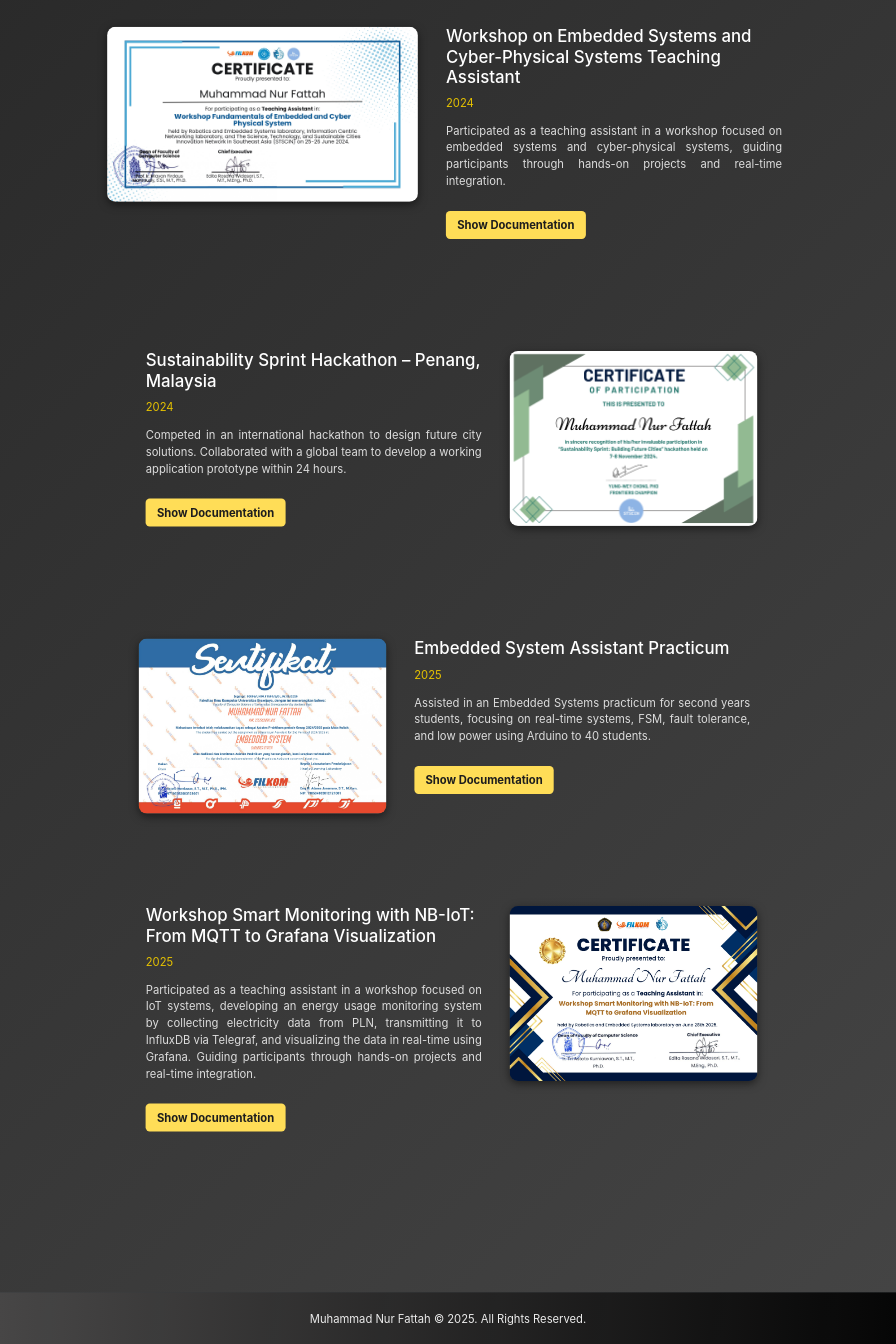
Repository: nurFattahh/Web-Portofolio
Page: /experience
The author's editor kept a copy of each file at every save. The page is drawn from the files as they stood at one save, then again after the next save.
The browser window is 1280 px wide. The pictures show the part of the page from y = 1806 to 3726 px (the page is 3726 px tall), at 70% of full size.
The project was rebuilt for these pictures with package versions that can differ from the ones it lists, and the page was loaded fresh each time. Also part of the build but not shown: vite.config.js, src/components/Home/Home.css, src/components/Home/Home.jsx, src/components/About/About.css, src/components/About/Skillset.css, src/components/About/About.jsx, src/components/Project/Project.css, src/data/Projects.js and 3 more.

Above is the page before, as saved 2025-12-22 15:00:20.

### index.html
<!DOCTYPE html>
<html lang="en">
  <head>
    <meta charset="UTF-8" />
    <meta name="viewport" content="width=device-width, initial-scale=1.0" />
    <link rel="icon" href="/logo2.png" type="image/x-icon">
    <title>My Portfolio</title>

    <link href="https://stackpath.bootstrapcdn.com/bootstrap/4.5.2/css/bootstrap.min.css" rel="stylesheet" />
    <link rel="stylesheet" href="https://cdnjs.cloudflare.com/ajax/libs/font-awesome/6.0.0-beta3/css/all.min.css" />

  </head>
  <body>
    <div id="root"></div>
    <script type="module" src="/src/main.jsx"></script>
    <script src="https://code.jquery.com/jquery-3.5.1.slim.min.js"></script>
    <script src="https://cdn.jsdelivr.net/npm/@popperjs/core@2.9.2/dist/umd/popper.min.js"></script>
    <script src="https://stackpath.bootstrapcdn.com/bootstrap/4.5.2/js/bootstrap.min.js"></script>
    <link href="https://stackpath.bootstrapcdn.com/bootstrap/4.5.2/css/bootstrap.min.css" rel="stylesheet" />
  </body>
</html>

### src/main.jsx
import React from 'react';
import ReactDOM from 'react-dom/client';
import App from './App';
import './assets/styles/style.css';

ReactDOM.createRoot(document.getElementById('root')).render(
  <React.StrictMode>
    <App />
  </React.StrictMode>
);

### src/App.jsx
import React from "react";
import { BrowserRouter as Router, Routes, Route, useLocation } from "react-router-dom";
import { AnimatePresence } from "framer-motion";

import Navbar from "./components/Navbar/Navbar";
import Footer from "./components/Footer/Footer";

import Home from "./components/Home/Home";
import About from "./components/About/About";
import Project from "./components/Project/Project";
import Organization from "./components/Organization/Organization";
import Experience from "./components/Experience/Experience";
import ProjectDetail from "./components/Project/ProjectDetails";

import MotionWrapper from "./components/Animations/MotionWrapper";

const AnimatedRoutes = () => {
  const location = useLocation();

  return (
    <AnimatePresence mode="wait">
      <Routes location={location} key={location.pathname}>
        <Route path="/" element={<MotionWrapper><Home /></MotionWrapper>} />
        <Route path="/about" element={<MotionWrapper><About /></MotionWrapper>} />
        <Route path="/experience" element={<MotionWrapper><Experience /></MotionWrapper>} />
        <Route path="/projects" element={<MotionWrapper><Project /></MotionWrapper>} />
        <Route path="/organization" element={<MotionWrapper><Organization /></MotionWrapper>} />
        <Route path="/projects/:id" element={<MotionWrapper><ProjectDetail /></MotionWrapper>} />
      </Routes>
    </AnimatePresence>
  );
};

const App = () => (
  <Router>
    <Navbar />
    <AnimatedRoutes />
    <Footer />
  </Router>
);

export default App;

### src/assets/styles/style.css
#root {
    background: linear-gradient(135deg, #1c1c1c, #444444);
}

body {
    font-family: 'Arial', sans-serif;
    margin: 0;
    padding: 0;

}

html {
    scroll-padding-top: 2rem; /* Gantikan 80px dengan tinggi navbar Anda */
    scroll-behavior: smooth;
}

### src/components/Navbar/Navbar.jsx
import React, { useEffect, useRef } from "react";
import { Link } from "react-router-dom";
import "./Navbar.css";

const Navbar = () => {
  const navbarRef = useRef(null);

  useEffect(() => {
    const links = document.querySelectorAll(".navbar-collapse .nav-link");
    const navbar = navbarRef.current;

    links.forEach((link) => {
      link.addEventListener("click", () => {
        if (navbar && navbar.classList.contains("show")) {
          new window.bootstrap.Collapse(navbar).hide(); // collapse on mobile
        }
      });
    });

    return () => {
      links.forEach((link) => {
        link.removeEventListener("click", () => {});
      });
    };
  }, []);

  return (
    <nav className="navbar navbar-expand-lg navbar-dark bg-dark sticky-top">
      <Link className="navbar-brand" to="/">
        My Portfolio
      </Link>
      <button
        className="navbar-toggler"
        type="button"
        data-toggle="collapse"
        data-target="#navbarNav"
        aria-controls="navbarNav"
        aria-expanded="false"
        aria-label="Toggle navigation"
      >
        <span className="navbar-toggler-icon"></span>
      </button>
      <div
        className="collapse navbar-collapse"
        id="navbarNav"
        ref={navbarRef}
      >
        <ul className="navbar-nav ml-auto">
          <li className="nav-item">
            <Link className="nav-link" to="/">Home</Link>
          </li>
          <li className="nav-item">
            <Link className="nav-link" to="/about">About</Link>
          </li>
          <li className="nav-item">
            <Link className="nav-link" to="/experience">Experience</Link>
          </li>
          <li className="nav-item">
            <Link className="nav-link" to="/projects">Project</Link>
          </li>
        </ul>
      </div>
    </nav>
  );
};

export default Navbar;

### src/components/Footer/Footer.jsx
import React from 'react';
import './Footer.css';

const Footer = () => (
  <footer className="footer-section bg-dark text-white py-4">
    <div className="container text-center">
      <p> Muhammad Nur Fattah &copy; 2025. All Rights Reserved.</p>
    </div>
  </footer>
);

export default Footer;

### src/components/Experience/Experience.jsx
import React, { useState } from "react";
import certifications from "../../data/Experience";
import "./Experience.css";

const Experience = () => {
  const [activeDocId, setActiveDocId] = useState(null);
  const [modalImg, setModalImg] = useState(null);

  const toggleDocs = (id) => {
    setActiveDocId(activeDocId === id ? null : id);
  };

  const openModal = (img) => setModalImg(img);
  const closeModal = () => setModalImg(null);

  return (
    <section id="experience" className="experience-section">
      <div className="experience-container">
        <h2 className="experience-title"> <span className="certifications-text">Certifications</span> & Achievements</h2>
        {certifications.map((cert, index) => (
          <div
            key={cert.id}
            className={`experience-row ${index % 2 === 0 ? "row-left" : "row-right"}`}
          >
            <div className="experience-img">
              <img src={cert.image} alt={cert.title} />
            </div>
            <div className="experience-content">
              <h3>{cert.title}</h3>
              <p className="experience-date">{cert.date}</p>
              <p>{cert.description}</p>

              {cert.docs && cert.docs.length > 0 && (
                <>
                  <button onClick={() => toggleDocs(cert.id)} className="doc-button">
                    {activeDocId === cert.id ? "Hide Documentation" : "Show Documentation"}
                  </button>
                  <div
                    className="doc-gallery-wrapper"
                    style={{ minHeight: "80px" }} // Prevents layout shift
                  >
                    {activeDocId === cert.id && (
                      <div className="doc-gallery">
                        {cert.docs.map((img, i) => (
                          <img
                            key={i}
                            src={img}
                            alt={`doc-${i}`}
                            className="doc-img"
                            onClick={() => openModal(img)}
                          />
                        ))}
                      </div>
                    )}
                  </div>
                </>
              )}
            </div>
          </div>
        ))}
      </div>

      {modalImg && (
        <div className="image-modal" onClick={closeModal}>
          <div className="modal-content-img" onClick={(e) => e.stopPropagation()}>
            <img src={modalImg} alt="Preview" />
            <button className="close-modal" onClick={closeModal}>×</button>
          </div>
        </div>
      )}
    </section>
  );
};

export default Experience;

### src/components/Animations/MotionWrapper.jsx
// src/components/Animations/MotionWrapper.jsx
import React from "react";
import { motion } from "framer-motion";

const MotionWrapper = ({ children }) => {
  return (
    <motion.div
      initial={{ opacity: 0, y: 20 }}
      animate={{ opacity: 1, y: 0 }}
      exit={{ opacity: 0, y: -20 }}
      transition={{ duration: 0.5 }}
    >
      {children}
    </motion.div>
  );
};

export default MotionWrapper;

### src/components/Navbar/Navbar.css
.navbar {
    z-index: 1000;
}

.navbar .navbar-brand {
    margin-left: 170px;
}

.navbar-nav {
    margin-right: 170px;
}

.navbar {
    background: linear-gradient(135deg, #444444, #1c1c1c);
    opacity: 0.9;
    padding: 1rem 2rem;
    box-shadow: 0 4px 6px rgba(0, 0, 0, 0.1);
    transition: all 0.3s ease-in-out;
}

.navbar a {
    color: rgb(0, 0, 0);
    font-weight: bold;
    text-transform: uppercase;
    padding: 0.5rem 1rem;
    transition: color 0.3s ease;
}

.navbar a:hover {
    color: #ffdd57;
    text-shadow: 0px 0px 10px rgba(255, 255, 255, 0.7);
}

.navbar-nav .nav-link {
    position: relative;
    padding: 0.5rem 1rem;
    transition: color 0.3s ease-in-out;
}

.navbar-nav .nav-link:before {
    content: '';
    position: absolute;
    width: 100%;
    height: 2px;
    bottom: 0;
    left: 0;
    background-color: #ffdd57;
    visibility: hidden;
    transform: scaleX(0);
    transition: all 0.3s ease-in-out;
}

.navbar-nav .nav-link:hover:before {
    visibility: visible;
    transform: scaleX(1);
}


/* Efek Hover untuk Gambar Carousel */
@media (max-width: 1200px) {
    .navbar .navbar-brand {
        margin-left: 0;
    }

    .navbar-nav {
        margin-right: 0;
    }
}

### src/components/Footer/Footer.css
/* Footer Styles */
.footer-section {
  background: linear-gradient(90deg, rgb(73, 72, 72) 0%, rgb(0, 0, 0) 100%);
  opacity: 0.9;
    padding: 1rem 2rem;
    box-shadow: 0 4px 6px rgba(0, 0, 0, 0.1);
    transition: all 0.3s ease-in-out;        /* Teks di tengah */
  }

  .footer-section a {
    color: #ffc107;             /* Warna kuning untuk tautan */
    text-decoration: none;      /* Hilangkan garis bawah pada tautan */
  }

  .footer-section a:hover {
    text-decoration: underline; /* Menambahkan garis bawah saat hover */
  }

  .footer-section .container {
    max-width: 960px;            /* Lebar maksimum untuk konten footer */
    margin: 0 auto;              /* Centang konten */
  }

  .footer-section p {
    margin: 1px 0;              /* Margin antar paragraf */
  }

  .footer-section .text-white {
    color: #fff;                /* Memastikan teks tetap putih */
  }

### src/components/About/Skillset.jsx
import React from "react";
import "./Skillset.css";
import { FaCuttlefish, FaMicrochip, FaNetworkWired, FaPython, FaRobot, FaServer, FaDatabase, FaGithub } from "react-icons/fa";
import { SiPostgresql,SiTerraform , SiAnsible  } from "react-icons/si";
import { FaGolang } from "react-icons/fa6";

const skills = [
  { name: "C++", icon: <FaCuttlefish className="skill-icon" /> },
  { name: "Embedded System", icon: <FaMicrochip className="skill-icon" /> },
  { name: "MQTT", icon: <FaNetworkWired className="skill-icon" /> },
  { name: "Python", icon: <FaPython className="skill-icon" /> },
  { name: "AI / ML", icon: <FaRobot className="skill-icon" /> },
  { name: "Go", icon: <FaGolang className="skill-icon" /> },
  { name: "Backend", icon: <FaServer className="skill-icon" /> },
  { name: "PostgreSQL", icon: <SiPostgresql className="skill-icon" /> },
  { name: "GitHub", icon: <FaGithub className="skill-icon" /> },
  { name: "Terraform", icon: <SiTerraform className="skill-icon" /> },
  { name: "Ansible", icon: <SiAnsible className="skill-icon" /> },
];

const Skillset = () => {
  return (
    <div className="skillset-section">
      <h3 className="skillset-title">Professional Skillset</h3>
      <div className="skillset-grid">
        {skills.map((skill, index) => (
          <div className="skill-box" key={index}>
            {skill.icon}
            <span>{skill.name}</span>
          </div>
        ))}
      </div>
    </div>
  );
};

export default Skillset;

### src/data/Experience.js
import { certs, docs } from "./ImageImport.js";

const certifications = [
  {
    id: 1,
    image: certs.cert1,
    title: "Basic Programming Assistant Practicum",
    description:
      "Served as a teaching assistant for the Basic Programming Practicum, guiding a class of 40 students in C++ fundamentals, including syntax, control structures, and basic algorithms.",
    date: "2023",
    docs: ["Experiences/Docs/docs11.jpg"]
  },
  {
    id: 2,
    image: certs.cert2,
    title: "Digital System Assistant Practicum",
    description:
      "Assisted in teaching digital system fundamentals to 40 students, covering logic gates, flip-flops, multiplexers, arithmetic circuits, and circuit simulation using Multisim.",
    date: "2023",
    docs: ["Experiences/Docs/docs11.jpg"]
  },
  {
    id: 3,
    image: certs.cert3,
    title: "Data Structure and Algorithm Assistant Practicum",
    description:
      "Helped deliver practical sessions on data structures and algorithms, including stacks, queues, linked lists, and trees, to a class of 40 students.",
    date: "2024",
    docs: [docs.docs1, docs.docs2,]
  },
  {
    id: 4,
    image: certs.cert4,
    title: "Microprocessor and Microcontroller Assistant Practicum",
    description:
      "Assisted in microcontroller and microprocessor practicals, teaching I/O operations, timers, interrupts, and communication protocols to 40 students.",
    date: "2024",
    docs: [docs.docs3, docs.docs4]
  },
  {
    id: 5,
    image: certs.cert5,
    title:
      "Workshop on Embedded Systems and Cyber-Physical Systems Teaching Assistant",
    description:
      "Participated as a teaching assistant in a workshop focused on embedded systems and cyber-physical systems, guiding participants through hands-on projects and real-time integration.",
    date: "2024",
    docs: [docs.docs5]
  },
  {
    id: 6,
    image: certs.cert6,
    title: "Sustainability Sprint Hackathon – Penang, Malaysia",
    description:
      "Competed in an international hackathon to design future city solutions. Collaborated with a global team to develop a working application prototype within 24 hours.",
    date: "2024",
    docs: [docs.docs6, docs.docs7]
  },
  {
    id: 7,
    image: certs.cert7,
    title: "Embedded System Assistant Practicum",
    description:
      "Assisted in an Embedded Systems practicum for second years students, focusing on real-time systems, FSM, fault tolerance, and low power using Arduino to 40 students.",
    date: "2025",
    docs: [docs.docs8, docs.docs9]
  },
  {
    id: 8,
    image: certs.cert8,
    title: "Workshop Smart Monitoring with NB-IoT: From MQTT to Grafana Visualization",
    description:
      "Participated as a teaching assistant in a workshop focused on IoT systems, developing an energy usage monitoring system by collecting electricity data from PLN, transmitting it to InfluxDB via Telegraf, and visualizing the data in real-time using Grafana. Guiding participants through hands-on projects and real-time integration.",
    date: "2025",
    docs: [docs.docs10, docs.docs11]
  }
];

export default certifications;

### src/components/Experience/Experience.css
.experience-section {
  padding: 70px 20px;
  background: linear-gradient(135deg, #1c1c1c, #444444);
  color: #fff;
}

.experience-container {
  max-width: 1200px;
  margin: 0 auto;
  padding: 0 15px; /* Biar aman dari overflow kiri-kanan */
  box-sizing: border-box;
  animation: fadeIn 1.5s ease-in-out;
}

.certifications-text {
  color: white;
}

.experience-title {
  text-align: center;
  font-size: 36px;
  margin-bottom: 60px;
  color: #ffdd57;
  text-shadow: 0 3px 10px rgba(0, 0, 0, 0.4);
  font-family:'Franklin Gothic Medium', 'Arial Narrow', Arial, sans-serif;
}

/* Grid-like layout */
.experience-row {
  display: flex;
  flex-wrap: wrap;
  align-items: flex-start;
  justify-content: center;
  margin-bottom: 60px;
  gap: 30px;
}

.experience-img img {
  width: auto;
  border-radius: 12px;
  box-shadow: 0 4px 12px rgba(0, 0, 0, 0.5);
  height: 250px;
  object-fit: cover;
}

.experience-content {
  flex: 1;
  min-width: 280px;
  max-width: 500px;
  padding: 0 10px;
}

.experience-content h3 {
  font-size: 24px;
  margin-bottom: 10px;
}

.experience-content p {
  font-size: 16px;
  color: #ddd;
  text-align: justify;
}

/* Alternate layout */
.row-left .experience-img {
  order: 1;
}
.row-left .experience-content {
  order: 2;
}
.row-right .experience-img {
  order: 2;
}
.row-right .experience-content {
  order: 1;
}

/* Button */
.doc-button {
  margin-top: 15px;
  padding: 8px 16px;
  background-color: #ffdd57;
  color: #1d1d1d;
  border: none;
  border-radius: 6px;
  font-weight: bold;
  cursor: pointer;
  transition: background 0.3s;
}
.doc-button:hover {
  background-color: #e6c200;
}

/* Documentation Gallery */
.doc-gallery-wrapper {
  margin-top: 20px;
  padding: 10px 0;
}

.doc-gallery {
  margin-top: 15px;
  display: flex;
  flex-wrap: wrap;
  justify-content: flex-start;
  gap: 10px;
}

.doc-img {
  width: 120px;
  height: auto;
  border-radius: 8px;
  box-shadow: 0 2px 6px rgba(0, 0, 0, 0.3);
  cursor: pointer;
  transition: transform 0.3s ease;
}
.doc-img:hover {
  transform: scale(1.05);
}

p.experience-date {
  color: #e6c200;
}

/* Modal Image Preview */
.image-modal {
  position: fixed;
  top: 0;
  left: 0;
  width: 100vw;
  height: 100vh;
  background: rgba(0, 0, 0, 0.8);
  display: flex;
  justify-content: center;
  align-items: center;
  z-index: 9999;
  padding: 20px;
  box-sizing: border-box;
}

.modal-content-img {
  position: relative;
  max-width: 100%;
  max-height: 90vh;
}

.modal-content-img img {
  width: 800px;
  height: auto;
  border-radius: 8px;
  box-shadow: 0 4px 10px rgba(0, 0, 0, 0.6);
}

.close-modal {
  position: absolute;
  top: -10px;
  right: -10px;
  font-size: 28px;
  background: #fff;
  border: none;
  border-radius: 50%;
  cursor: pointer;
  padding: 4px 10px;
  box-shadow: 0 2px 6px rgba(0, 0, 0, 0.5);
}

/* Responsive */
@media (max-width: 768px) {
  .experience-row {
    flex-direction: column;
    text-align: center;
  }

  .experience-img {
    order: 1 !important;
  }

  .experience-img img {
    width: 100%;
    height: auto;

    margin: 0 auto;
    display: block;
  }

  .experience-content {
    padding: 0 10px;
  }

  p.experience-date {
    font-size: 14px;
    margin-bottom: 10px;
    text-align: center;
    color: #e6c200;
  }

  .experience-content {
    order: 2 !important;
    max-width: 100%;
  }

  .doc-gallery {
    justify-content: center;
  }

  .doc-img {
    width: 100px;
  }

  .modal-content-img img {
    width: 90vw;
  }
}

### src/components/Project/ProjectDetails.css
.project-detail-section {
    padding: 80px 20px;
    background: linear-gradient(135deg, #1a1a1a, #2b2b2b);
    color: #f1f1f1;
    font-family: 'Segoe UI', sans-serif;
  }

  .project-detail-container {
    max-width: 1000px;
    margin: 0 auto;
    padding: 30px;
    background-color: #2f2f2f;
    border-radius: 12px;
    box-shadow: 0 4px 12px rgba(0,0,0,0.5);
  }

  .project-detail-title {
    font-size: 36px;
    color: #ffdd57;
    margin-bottom: 10px;
    text-align: center;
  }

  .project-detail-date {
    font-size: 16px;
    color: #aaa;
    text-align: center;
    margin-bottom: 30px;
  }

  .project-detail-description {
    font-size: 18px;
    color: #ddd;
    line-height: 1.8;
    margin-bottom: 20px;
    text-align: justify;
  }

  h4 {
    color: #ffdd57;
    margin-top: 30px;
    margin-bottom: 15px;
  }

  ul {
    margin-left: 20px;
    color: #ccc;
  }

  .tech-stack {
    display: flex;
    flex-wrap: wrap;
    gap: 10px;
  }

  .tech-badge {
    background-color: #444;
    color: #ffffff;
    border-radius: 20px;
    padding: 6px 14px;
    font-size: 14px;
    font-weight: bold;
  }

  .image-title {
    font-size: 24px;
    color: #ffdd57;
    text-align: center;
    margin-top: 20px;
    margin-bottom: 15px;
  }

  .image-gallery {
    display: flex;
    flex-wrap: wrap;
    gap: 10px;
    margin-top: 15px;
    justify-content: center;
  }

  .detail-img {
    width: 100%;
    max-width: 300px;
    border-radius: 10px;
    object-fit: cover;
    box-shadow: 0 4px 8px rgba(0,0,0,0.4);
    transition: transform 0.3s ease;
    cursor: pointer;
  }

  .detail-img:hover {
    transform: scale(1.05);
  }

  .project-details-buttons {
    margin-top: 30px;
    padding-top: 30px;
    display: flex;
    gap: 15px;
    justify-content: center;
  }

  .project-details-buttons a {

    padding: 10px 20px;
    border-radius: 25px;
    font-weight: bold;
    text-decoration: none;
    transition: 0.3s ease;
  }


  .back-button {
    display: block;
    margin: 40px auto 0;
    text-align: center;
    color: #aaa;
    font-size: 15px;
    text-decoration: underline;
    cursor: pointer;
  }

  /* Modal container */
.image-modal {
  position: fixed;
  top: 0;
  left: 0;
  width: 100vw;
  height: 100vh;
  background: rgba(0, 0, 0, 0.8);
  display: flex;
  justify-content: center;
  align-items: center;
  z-index: 9999;
  padding: 20px;
  box-sizing: border-box;
}

/* Modal content wrapper */
.modal-content-img {
  position: relative;
  max-width: 90vw;
  max-height: 90vh;
}

/* ✅ INI bagian yang mengatur gambar saat modal dibuka */
.modal-content-img img {
  width: auto;
  max-width: 90vw;
  height: auto;
  max-height: 80vh; /* ⬅️ Batasi tinggi agar tidak terlalu panjang */
  object-fit: contain;
  border-radius: 10px;
  box-shadow: 0 4px 10px rgba(0, 0, 0, 0.6);
}


  @media (max-width: 768px) {
    .project-detail-description {
      font-size: 16px;
    }
    .detail-img {
      width: 100%;
      max-width: 350px;
      height: auto;
      border-radius: 10px;
      object-fit: contain;
      box-shadow: 0 4px 8px rgba(0,0,0,0.4);
      transition: transform 0.3s ease;
      cursor: pointer;
      display: block;
      margin: 0 auto; /* Center image horizontally */
    }

    .image-gallery {
      flex-direction: column;
      align-items: center;
    }

  }

Loaded but not shown: src/data/ImageImport.js (96 lines, source omitted)

After the next save:
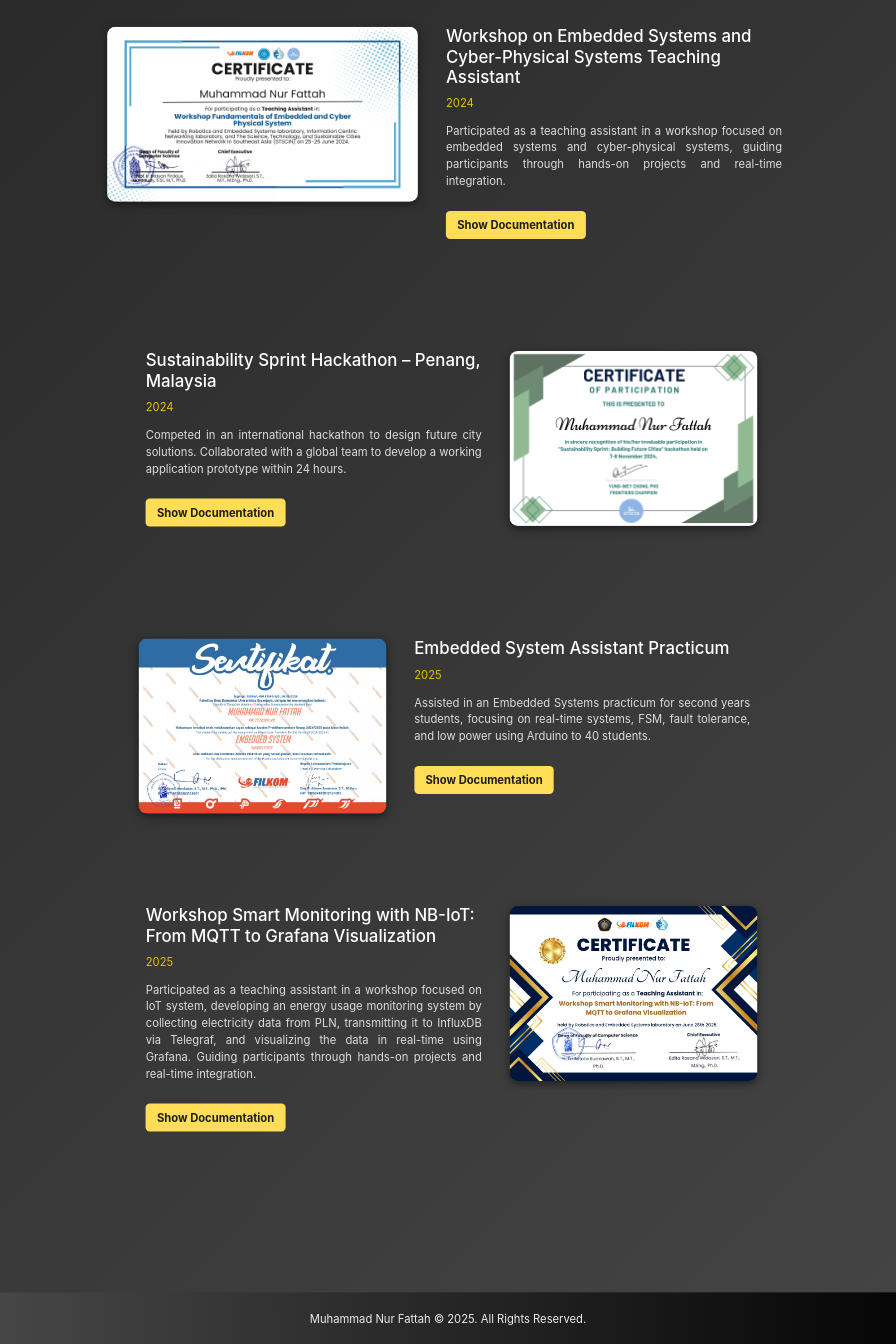
Saved 14 s later.
--- a/src/data/Experience.js
+++ b/src/data/Experience.js
@@ -70,7 +70,7 @@
     image: certs.cert8,
     title: "Workshop Smart Monitoring with NB-IoT: From MQTT to Grafana Visualization",
     description:
-      "Participated as a teaching assistant in a workshop focused on IoT systems, developing an energy usage monitoring system by collecting electricity data from PLN, transmitting it to InfluxDB via Telegraf, and visualizing the data in real-time using Grafana. Guiding participants through hands-on projects and real-time integration.",
+      "Participated as a teaching assistant in a workshop focused on IoT system, developing an energy usage monitoring system by collecting electricity data from PLN, transmitting it to InfluxDB via Telegraf, and visualizing the data in real-time using Grafana. Guiding participants through hands-on projects and real-time integration.",
     date: "2025",
     docs: [docs.docs10, docs.docs11]
   }
